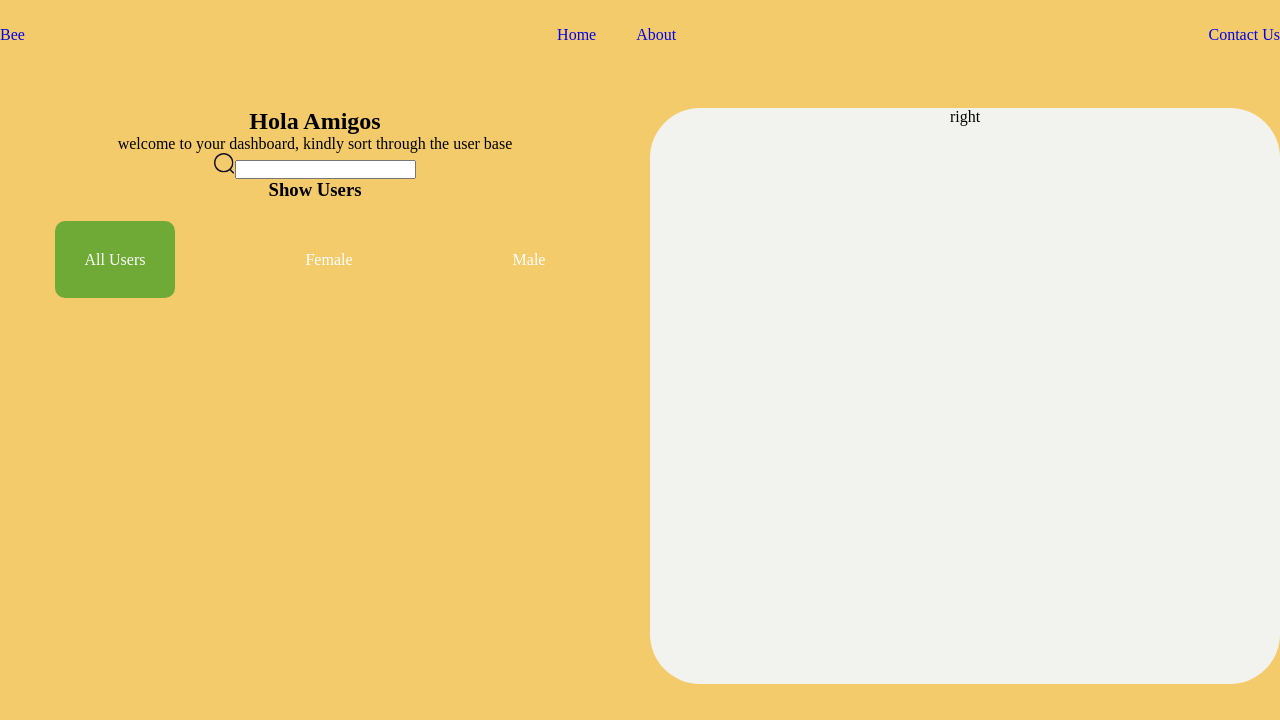
Repository: ble-syn/Random-user-generator-app
Page: /
An editor plug-in stored every save of this project. The page is shown before and after the next save, followed by the edit.
The browser window is 1280 px wide. The pictures show the whole page.
The project was rebuilt for these pictures with package versions that can differ from the ones it lists, and the page was loaded fresh each time. Also part of the build but not shown: src/pages/About.jsx, src/pages/Policy.jsx, src/pages/Terms.jsx, src/pages/Contact.jsx, src/pages/NotFound.jsx.

Above is the page before, as saved 2022-10-26 00:59:56.

### src/index.css
*{
  margin: 0;
  padding: 0;
  box-sizing: border-box;
}
a {
  text-decoration: none;
}

body {
  background-color: #F4CB6B;
}
.container {
  width: 100%;
  max-width: 1300px;
  margin: 0 auto;

  text-align: center;
}

nav {
  display: flex;
  justify-content: space-between;
  margin: 2% 0 5%;
}
.menu {
  margin: 0 20px;
}

.home-container{
  display: flex;
  justify-content: center;
}
/* LEFT STYLES */
#left {
  flex: 5;
}
.user-link-cont {
  margin-top: 50px;
}
.user-link{
  margin: 0 50px;
  padding: 30px;
  border-radius: 10px;
  color: #FFF;
}
.all-user {
  background-color: #6EAA35;
}
.female-user{

}
.male-user{

}

#right{
  height: 80vh;
 flex: 5;
  margin-left: 20px;
  background-color: #F2F2EF;
  border-radius: 50px;
}

### src/App.js
import { BrowserRouter as Router, Routes, Route, Navigate} from "react-router-dom";
import Navbar from "./components/Navbar";
import Home from "./pages/Home";
import About from "./pages/About";
import Policy from "./pages/Policy";
import Terms from "./pages/Terms";
import Contact from "./pages/Contact";
import NotFound from "./pages/NotFound";

function App() {
  return (
    <div className="container">
      <Router>
      <Navbar />
        <Routes>
          <Route path="/" element={<Home />} />
          <Route path="/about" element={<About />}>
            <Route path="policy" element={<Policy />} />
            <Route path="terms" element={<Terms />} />
          </Route>
          <Route path="/contact" element={<Contact />} />
          <Route path="/not-found" element={<NotFound />} />
          <Route path="*" element={<Navigate to="/not-found" />} />
        </Routes>
      </Router>

    </div>
  );
}

export default App;

### src/components/Navbar.jsx
import React from "react";
import { Link } from "react-router-dom";

function Navbar() {
    return (
      <nav className="header">
        <div className="logo">
          <Link to="/">Bee</Link>
        </div>


        <div>
            <Link to="/about" className="menu">Home</Link>

            <Link to="/contact" className="menu">About</Link>
        </div>
        <div>
            <Link to="/">Contact Us</Link>
        </div>
      </nav>
    );
  }

export default Navbar;

### src/pages/Home.jsx
import React from "react";
import { Link } from "react-router-dom";
import { ReactComponent as Search } from "../assets/Search.svg"

function Home() {
  return (
    <div className="home-container">
      <div id="left">
        <h2>Hola Amigos</h2>
        <p>welcome to your dashboard, kindly sort through the user base</p>
        <form action="">
          <Search />
          <input type="text" name="" id="" />
        </form>
        <h3>Show Users</h3>
        <div className="user-link-cont">
          <Link className="user-link all-user" to="/login">All Users</Link>
          <Link className="user-link female-user" to="/register">Female</Link>
          <Link className="user-link male-user" to="/about">Male</Link>
        </div>
      </div>
      <div id="right">
        right
      </div>
    </div>
  );
}

export default Home;

Loaded but not shown: public/index.html (common file); src/index.js (common file); src/reportWebVitals.js (common file)

After the next save:
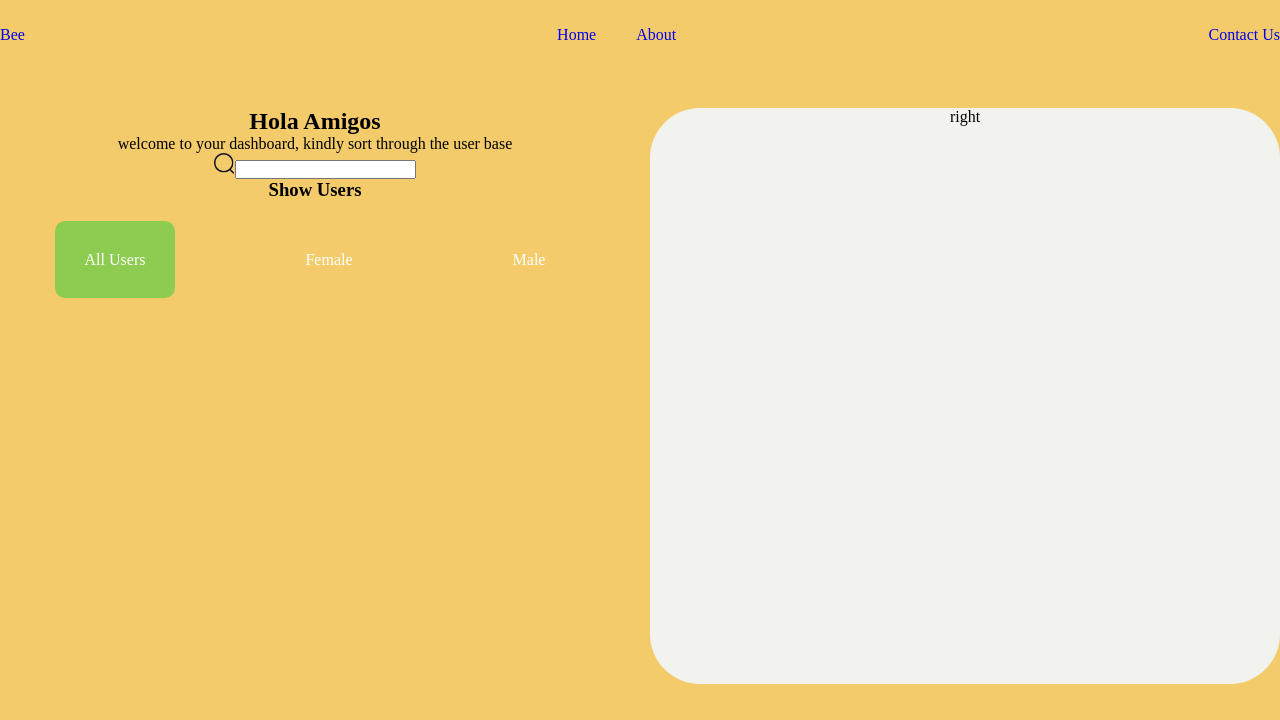
Saved 25 s later.
--- a/src/index.css
+++ b/src/index.css
@@ -45,7 +45,7 @@ nav {
   color: #FFF;
 }
 .all-user {
-  background-color: #6EAA35;
+  background-color: #8DCC50;
 }
 .female-user{
 
